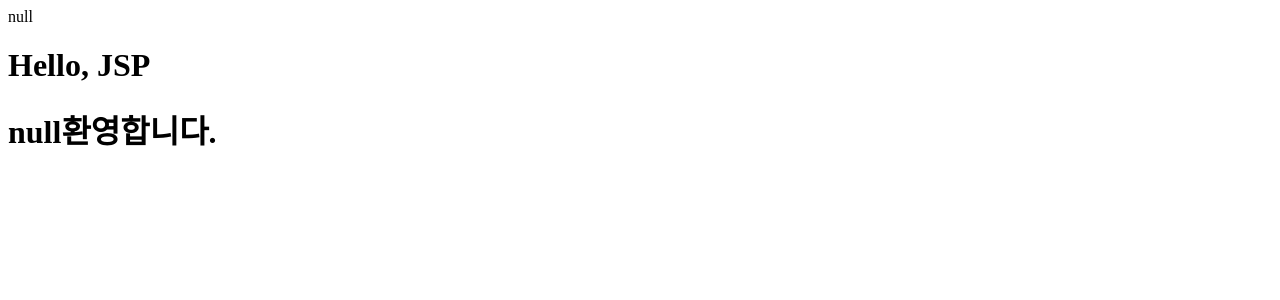
Repository: jiihyun12/jsp_study
Page: http://localhost/servlet/home
These files come from the project's save history. The page is drawn as it stood at one moment and after the next save; the edit follows.
The browser window is 1280 px wide. The pictures show the whole page.
The page is served by Tomcat 9.

Above is the page before, as saved 2025-03-05 01:34:51.

### servlet/src/main/java/com/app/servlet/MyServlet.java
package com.app.servlet;

import java.io.IOException;
import java.io.PrintWriter;

import javax.servlet.ServletException;
import javax.servlet.annotation.WebServlet;
import javax.servlet.http.HttpServlet;
import javax.servlet.http.HttpServletRequest;
import javax.servlet.http.HttpServletResponse;

/**
 * Servlet implementation class MyServlet
 */
// @WebServlet("/home")
// URL을 mapping해주는 역할
// 하지만 파일 하나의 어노텐션이 다 들어가있으면, 유지보수가 어렵다.
// 따라서 web.xml을 만들어서 한번에 일괄적으로 관리한다.
// 프로젝트 하나당 web.xml 하나

public class MyServlet extends HttpServlet {
	private static final long serialVersionUID = 1L;

    /**
     * @see HttpServlet#HttpServlet()
     */
    public MyServlet() {
        super();
        // TODO Auto-generated constructor stub
    }

	/**
	 * @see HttpServlet#doGet(HttpServletRequest request, HttpServletResponse response)
	 */
	protected void doGet(HttpServletRequest request, HttpServletResponse response) throws ServletException, IOException {
		request.setCharacterEncoding("UTF-8");
		response.setContentType("text/html; charset=utf-8;");

		System.out.println(request.getParameter("name"));
		response.getWriter().append(request.getParameter("name"));


		PrintWriter out = response.getWriter();
		String name ="";
		name = request.getParameter("name");

		out.print("<h1>Hello, JSP<h1/>");
		out.print(name + "환영합니다.");



//		response.getWriter().append("Hello, World ").append("\n contextPath : " + request.getContextPath());
	}

	/**
	 * @see HttpServlet#doPost(HttpServletRequest request, HttpServletResponse response)
	 */
	protected void doPost(HttpServletRequest request, HttpServletResponse response) throws ServletException, IOException {
		// TODO Auto-generated method stub

		doGet(request, response);
	}

}

After the next save:
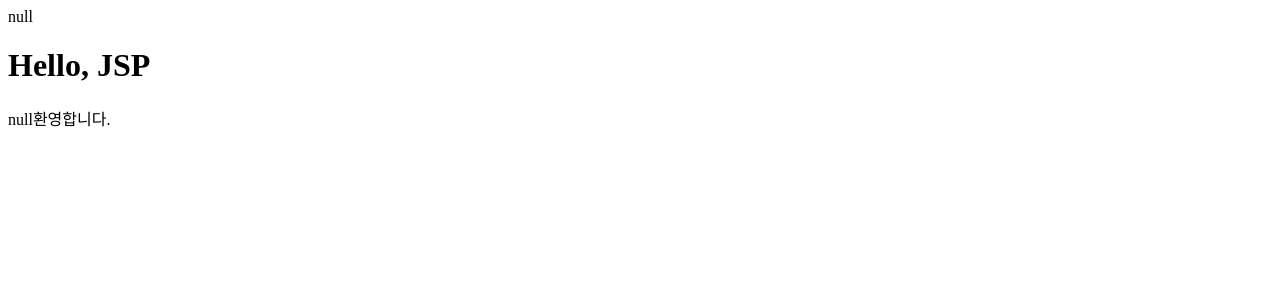
Saved 36 s later.
--- a/servlet/src/main/java/com/app/servlet/MyServlet.java
+++ b/servlet/src/main/java/com/app/servlet/MyServlet.java
@@ -44,9 +44,9 @@ public class MyServlet extends HttpServlet {
 		String name ="";
 		name = request.getParameter("name");
 
-		out.print("<h1>Hello, JSP<h1/>");
+		out.print("<h1>Hello, JSP</h1>");
 		out.print(name + "환영합니다.");
-
+		out.close();
 
 
 //		response.getWriter().append("Hello, World ").append("\n contextPath : " + request.getContextPath());
